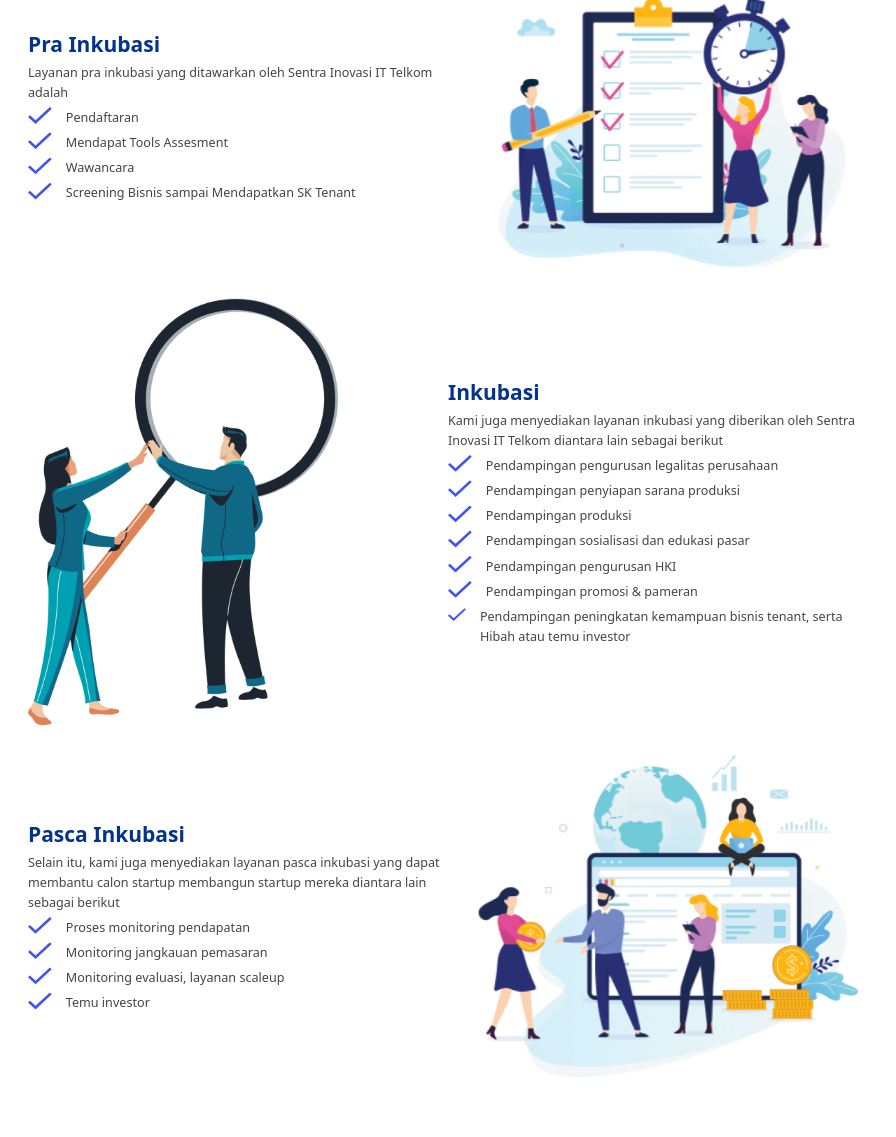
Repository: whytrno/sinovi-products
Page: /
These files come from the project's save history. The page is drawn as it stood at one moment and after the next save; the edit follows.
The browser window is 1280 px wide. The pictures show the part of the page from y = 1780 to 3700 px (the page is 3404 px tall before and 3700 px after), at 70% of full size.
The project was rebuilt for these pictures with package versions that can differ from the ones it lists, and the page was loaded fresh each time. The framework's server and built-in components were replaced by stand-ins that run in the browser. Also part of the build but not shown: next.config.js.

Above is the page before, as saved 2023-02-24 10:17:40.

### pages/index.js
import Hero from "@/components/Hero";
import Layanan from "@/components/Layanan";
import Navbar from "@/components/Navbar";
import Produk from "@/components/Produk";
import VisiMisi from "@/components/VisiMisi";

export default function Home() {
  return (
    <div>
      <Navbar />
      <Hero />
      <VisiMisi />
      <Layanan />
      <Produk />
    </div>
  )
}

### components/Hero.js
import Link from "next/link";

export default function Hero() {
    return (
        <div className="relative w-full h-screen flex items-center justify-between px-20 2xl:px-60">
            <img src="/images/hero-bg.jpg" alt="hero" className="w-full h-full object-cover absolute top-0 left-0 -z-10" />
            <div className="space-y-10">
                <h1 className="font-semibold text-5xl 2xl:text-6xl text-primary">Mulai bisnis bersama <br></br> Sentra Inovasi</h1>
                <Link href="/" className="font-semibold text-xl w-min whitespace-nowrap py-3 px-20 bg-secondary rounded-lg text-white block">Tentang Kami</Link>
            </div>
            <div>
                <img src="/images/hero.png" alt="hero" />
            </div>
        </div>
    )
}

### components/Layanan.js
import Child from "./Layanan/Child";
import List from "./Layanan/List";

export default function Layanan() {
    return (
        <div className="py-20 px-10 2xl:px-60 space-y-10">
            <div className="text-center space-y-3">
                <h1 className="text-4xl text-title font-semibold">LAYANAN</h1>
                <div className="flex justify-center">
                    <p className="text-paragraph w-1/2 text-center text-lg">Hal yang paling utama yang harus diketahui, bahwa tujuan Sentra Inovasi adalah untuk meningkatkan produk inovasi yang memberi manfaat bagi masyarakat dan memiliki nilai bisnis.</p>
                </div>
            </div>

            <Child dirrection="left" title="Pra Inkubasi" desc="Layanan pra inkubasi yang ditawarkan oleh Sentra Inovasi IT Telkom adalah" img="./images/layanan1.png" lists={["Pendaftaran", "Mendapat Tools Assesment", "Wawancara", "Screening Bisnis sampai Mendapatkan SK Tenant"]} />

            <Child dirrection="right" title="Inkubasi" desc="Kami juga menyediakan layanan inkubasi yang diberikan oleh Sentra Inovasi IT Telkom diantara lain sebagai berikut" img="./images/layanan2.png" lists={["Pendampingan pengurusan legalitas perusahaan", "Pendampingan penyiapan sarana produksi", "Pendampingan produksi", "Pendampingan sosialisasi dan edukasi pasar", "Pendampingan pengurusan HKI", "Pendampingan promosi & pameran", "Pendampingan peningkatan kemampuan bisnis tenant, serta Hibah atau temu investor"]} />

            <Child dirrection="left" title="Pasca Inkubasi" desc="Selain itu, kami juga menyediakan layanan pasca inkubasi yang dapat membantu calon startup membangun startup mereka diantara lain sebagai berikut" img="./images/layanan3.png" lists={["Proses monitoring pendapatan", "Monitoring jangkauan pemasaran", "Monitoring evaluasi, layanan scaleup", "Temu investor"]} />
        </div>
    )
}

### components/Navbar.js
import Link from "next/link";

export default function Navbar() {
    return (
        <div className="flex items-center justify-between p-5 2xl:px-60 shadow-xl">
            <div className="flex items-center gap-5">
                <img src="logo/ittp.png" alt="Ittp Logo" />
                <img src="logo/bdv.png" alt="BDV Logo" />
                <img src="logo/sinovi.png" alt="Sinovi Logo" />
            </div>
            <div className="font-semibold text-primary gap-4 2xl:gap-8 flex items-center">
                <Link href="/" className="text-secondary">Beranda</Link>
                <Link href="/">Ternaku</Link>
                <Link href="/">Calaun</Link>
                <Link href="/">Sisterponik</Link>
                <Link href="/">Sobat Warung</Link>
                <Link href="/">Pak Budi</Link>
                <Link href="/">Viregra</Link>
            </div>
        </div>
    )
}

### components/Produk.js
export default function Produk() {
    return (
        <div>

        </div>
    )
}

### components/VisiMisi.js
import Card from "./VisiMisi/Card";

export default function VisiMisi() {
    return (
        <div className="py-20 px-10 2xl:px-60 space-y-10">
            <div className="text-center space-y-3">
                <h1 className="text-4xl text-title font-semibold">VISI MISI SENTRA INOVASI</h1>
                <div className="flex justify-center">
                    <p className="text-paragraph w-1/2 text-center text-lg">Untuk menjadi penggerak hilirisasi produk inovasi dalam menumbuhkan inovasi berbasis teknologi digital di Indonesia</p>
                </div>
            </div>
            <div className="grid grid-cols-2 gap-10">
                <Card logo="logo/visi1.png" desc="Menyelenggarakan pendampingan bagi masyarakat dalam memanfaatkan teknologi digital untuk pengembangan bisnis." />
                <Card logo="logo/visi2.png" desc="Menumbuhkembangkan masyarakat yang mampu memanfaatkan teknologi digital dalam peningkatan kesejahteraan." />
                <Card logo="logo/visi3.png" desc="Meningkatkan kerjasama lokal, nasional, maupun internasional dalam pengembangan bisnis berbasis teknologi digital. " />
                <Card logo="logo/visi4.png" desc="Serta Menciptakan bisnis berbasis teknologi digital yang mandiri dan berdaya saing tinggi." />
            </div>
        </div>
    )
}

### components/Layanan/Child.js
import List from "./List";

function content(title, desc, lists) {
    return (
        <div className="space-y-2 w-1/2">
            <h1 className="text-3xl text-primary font-semibold">{title}</h1>
            <p>{desc}</p>
            {lists.map(list => (
                <List title={list} />
            ))}
        </div>
    )
}
function image(img) {
    return (
        <div>
            <img src={img} />
        </div>
    )
}

export default function Child({ dirrection, title, desc, img, lists }) {
    return (
        <div className="flex justify-between text-lg text-paragraph items-center">
            {dirrection == 'right' ? (
                <>
                    {image(img)}
                    {content(title, desc, lists)}
                </>
            ) : (
                <>
                    {content(title, desc, lists)}
                    {image(img)}
                </>
            )}
        </div>
    )
}

### components/Layanan/List.js
import CheckIcon from "../Icon/CheckIcon";

export default function List({ title }) {
    return (
        <div className="flex gap-5">
            <CheckIcon />
            <p>{title}</p>
        </div>
    )
}

### components/VisiMisi/Card.js
export default function Card({ logo, desc }) {
    return (
        <div>
            <div className="flex items-center shadow-lg p-7 gap-5 text-paragraph rounded-md">
                <img src={logo} className="h-24 w-24" />
                <p>{desc}</p>
            </div>
        </div>
    )
}

### components/Icon/CheckIcon.js
export default function CheckIcon() {
    return (
        <svg
            xmlns="http://www.w3.org/2000/svg"
            width="34"
            height="24"
            fill="none"
            viewBox="0 0 34 24"
        >
            <path
                fill="#4154F1"
                d="M10.805 18.935l-8.06-7.463L0 13.996 10.805 24 34 2.523 31.275 0l-20.47 18.935z"
            ></path>
        </svg>
    );
}

### tailwind.config.js
/** @type {import('tailwindcss').Config} */
module.exports = {
  content: [
    "./app/**/*.{js,ts,jsx,tsx}",
    "./pages/**/*.{js,ts,jsx,tsx}",
    "./components/**/*.{js,ts,jsx,tsx}"
  ],
  theme: {
    extend: {
      colors: {
        primary: "#03338D",
        secondary: "#4154F1",
        title: "#192A48",
        paragraph: "#444444"
      },
    },
    plugins: [],
  }
}

Loaded but not shown: pages/_app.js (common file); pages/_document.js (common file); styles/globals.css (common file)

After the next save:
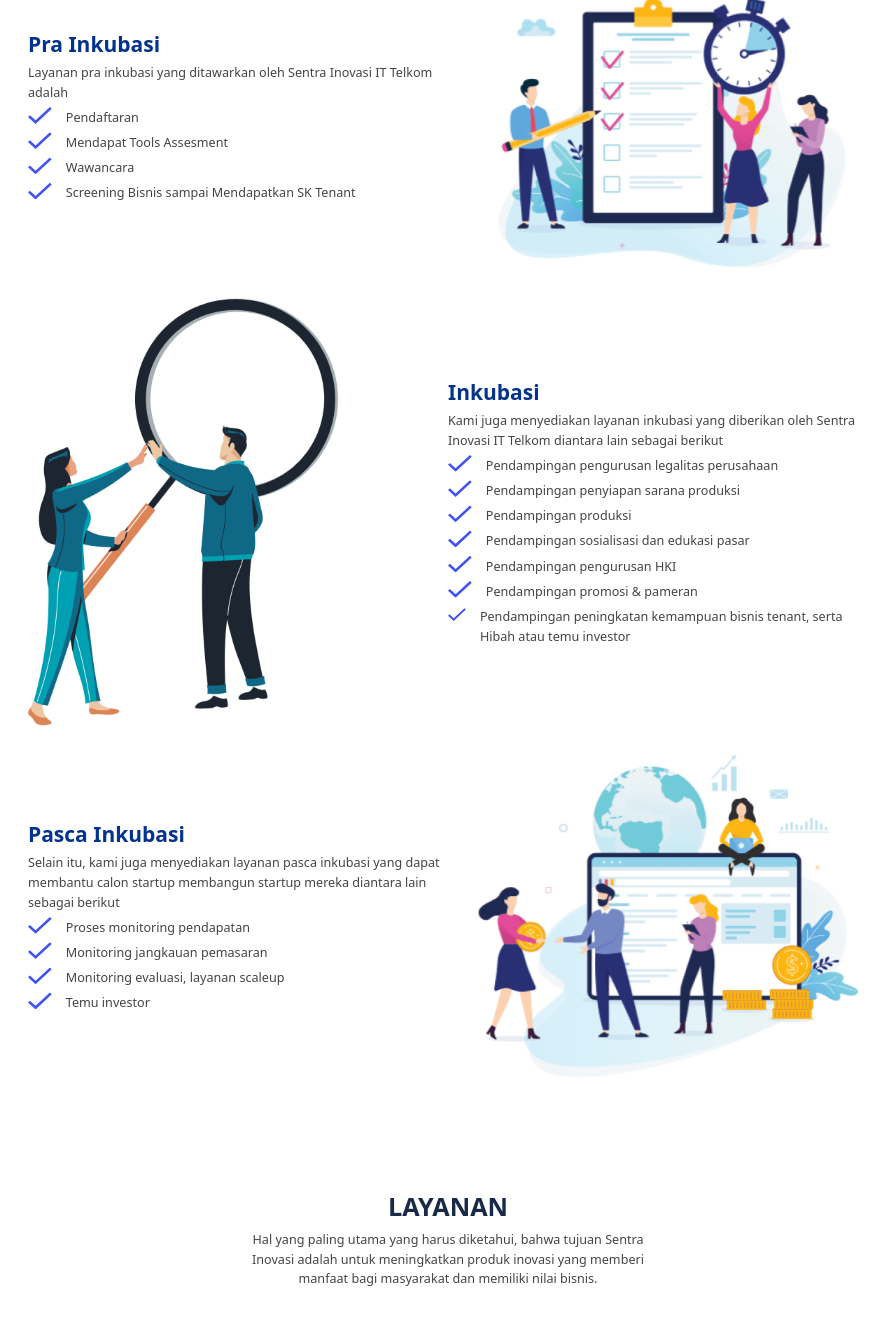
Saved 49 s later.
--- a/components/Produk.js
+++ b/components/Produk.js
@@ -1,7 +1,12 @@
 export default function Produk() {
     return (
-        <div>
-
+        <div className="py-20 px-10 2xl:px-60 space-y-10">
+            <div className="text-center space-y-3">
+                <h1 className="text-4xl text-title font-semibold">LAYANAN</h1>
+                <div className="flex justify-center">
+                    <p className="text-paragraph w-1/2 text-center text-lg">Hal yang paling utama yang harus diketahui, bahwa tujuan Sentra Inovasi adalah untuk meningkatkan produk inovasi yang memberi manfaat bagi masyarakat dan memiliki nilai bisnis.</p>
+                </div>
+            </div>
         </div>
     )
 }
